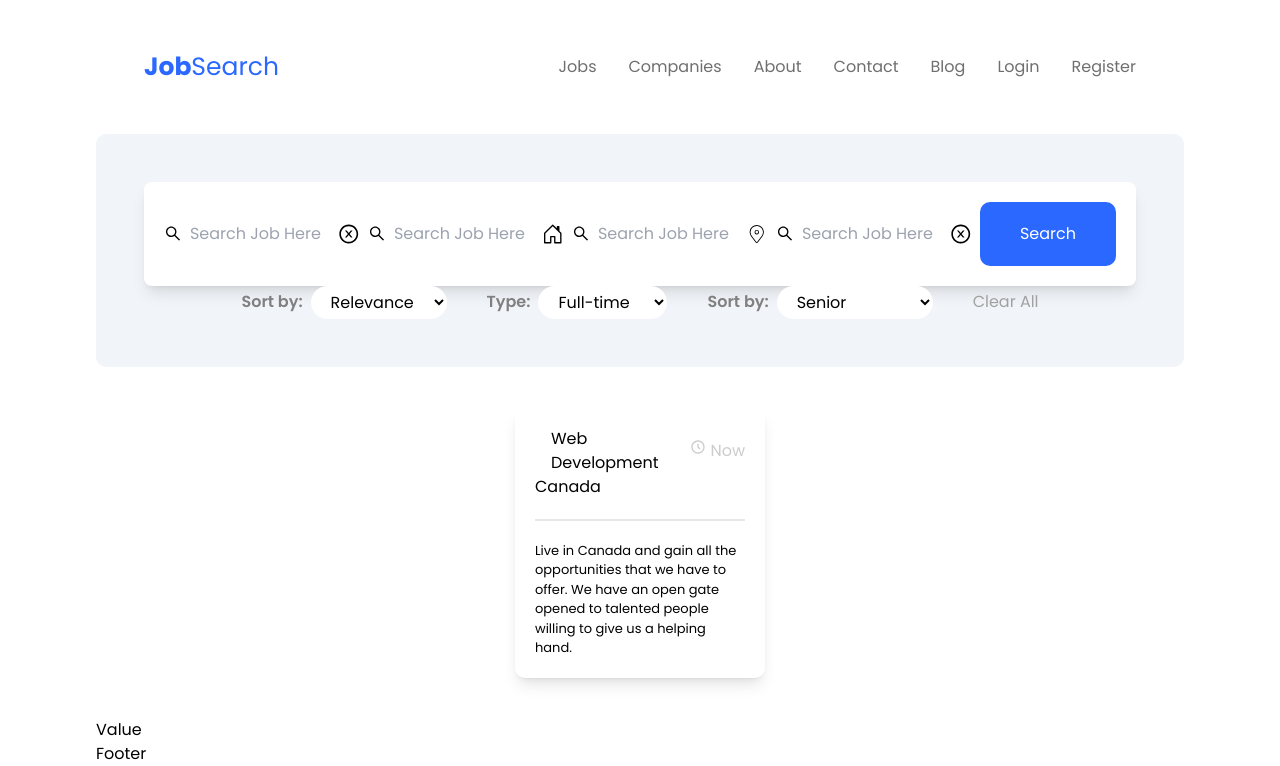
Repository: countaustin1990/Job-Search-website
Page: / (app in vite-project/)
These files come from the project's save history. The page is drawn as it stood at one moment and after the next save; the edit follows.
The browser window is 1280 px wide. The pictures show the whole page.
The project was rebuilt for these pictures with package versions that can differ from the ones it lists, and the page was loaded fresh each time. Also part of the build but not shown: vite-project/vite.config.js.

Above is the page before, as saved 2023-08-13 13:30:43.

After the next save:
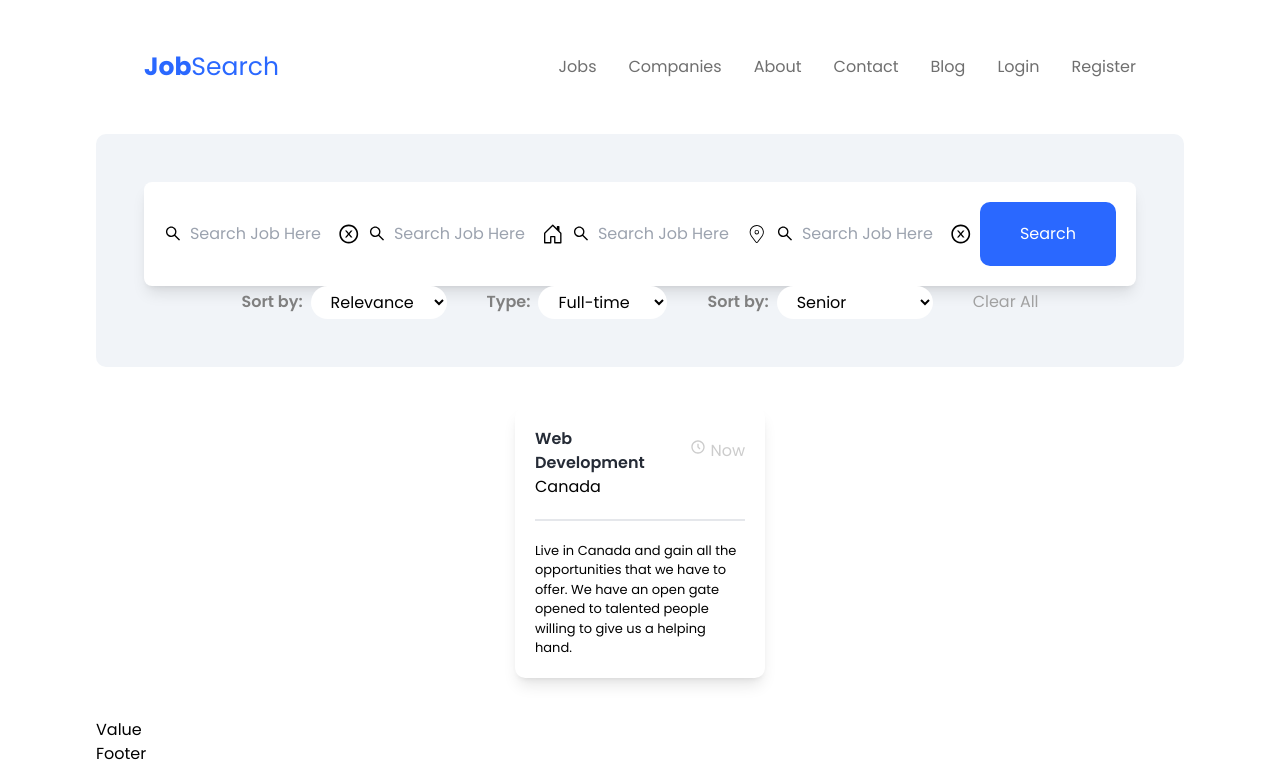
Saved 44 s later.
--- a/vite-project/src/components/Job.jsx
+++ b/vite-project/src/components/Job.jsx
@@ -10,7 +10,7 @@ import { BiTimeFive } from 'react-icons/bi'
 
                 <div className='group group/items singleJob w-[250px] p-[20px] bg-white rounded-[10px] hover:bg-blueColor shadow-lg shadow-greyIsh-400/700 hover:shadow-lg'>
                     <span className='flex justify-between items-center gap-4'>
-                        <h1 className='text-[16px] font-semibold text-textColor group-hover:text-white'/>Web Development
+                        <h1 className='text-[16px] font-semibold text-textColor group-hover:text-white'>Web Development</h1>
 
                         <span className='flex item-center text-[#ccc] gap-1'>
                             <BiTimeFive/>Now
